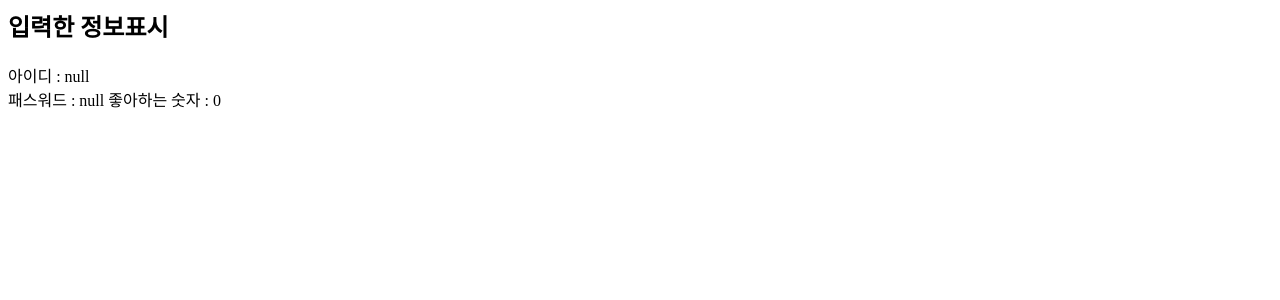
Repository: gugucon-hwan/ForStudyJSP
Page: http://localhost/StudyBasicJSP/ch10/ex10_03Pro.jsp
These files come from the project's save history. The page is drawn as it stood at one moment and after the next save; the edit follows.
The browser window is 1280 px wide. The pictures show the whole page.
The page is served by Tomcat 9.

Above is the page before, as saved 2020-08-19 02:11:55.

After the next save:
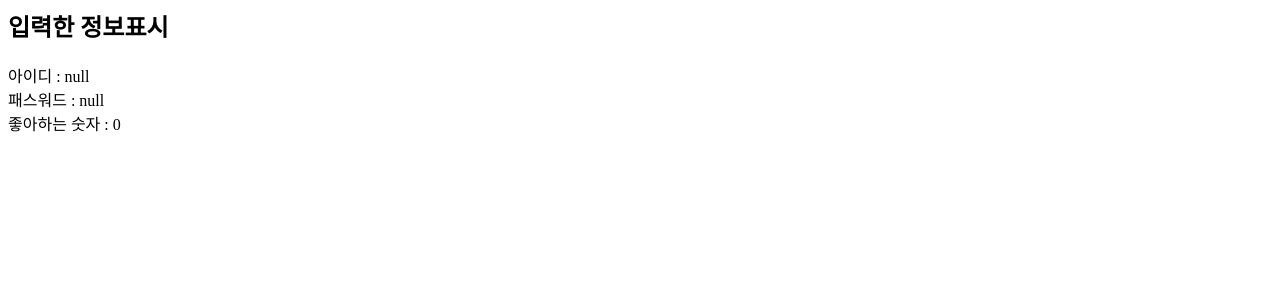
Saved 4 s later.
--- a/StudyBasicJSP/WebContent/ch10/ex10_03Pro.jsp
+++ b/StudyBasicJSP/WebContent/ch10/ex10_03Pro.jsp
@@ -12,5 +12,5 @@
     </jsp:useBean>
     <h2>입력한 정보표시</h2>
     아이디 : <jsp:getProperty property="id" name="exBean"/><br>
-    패스워드 : <jsp:getProperty property="passwd" name="exBean"/>
+    패스워드 : <jsp:getProperty property="passwd" name="exBean"/><br>
     좋아하는 숫자 : <jsp:getProperty property="number" name="exBean"/>
